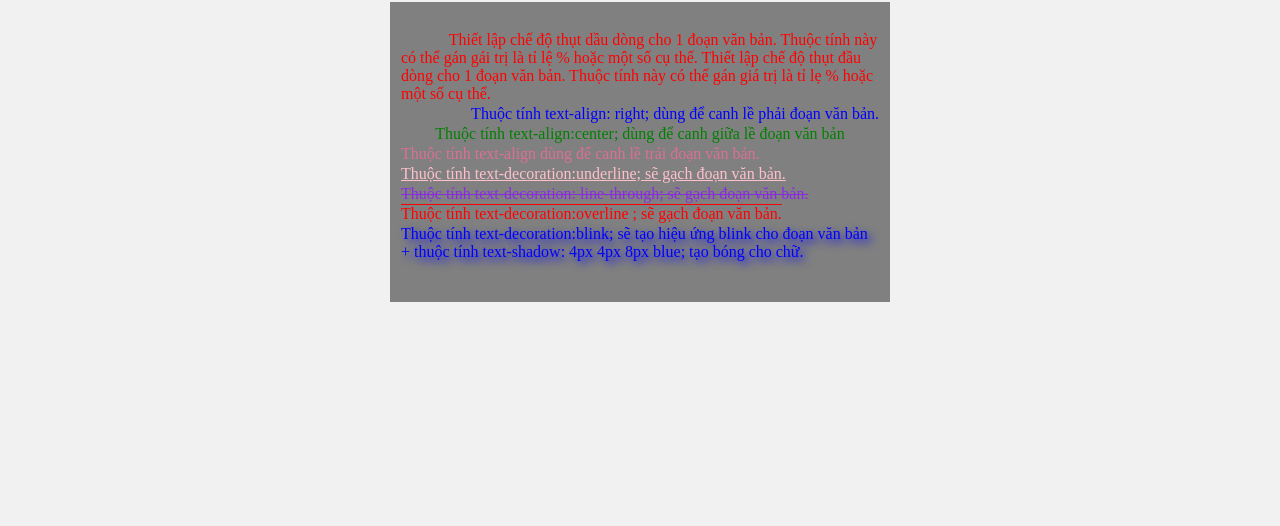
Repository: watermelonfee/HTCNWEB
Page: HTML/Tuan03/Bai2/Bai2a.html
An editor plug-in stored every save of this project. The page is shown before and after the next save, followed by the edit.
The browser window is 1280 px wide. The pictures show the whole page.

Above is the page before, as saved 2023-03-06 21:08:17.

### HTML/Tuan03/Bai2/Bai2a.html
<!DOCTYPE html>
<html>

<head>
    <meta charset="utf-8" />
    <title>Bai 2a - css</title>
    <link rel="stylesheet" type="text/css" href="bai2a.css" />
</head>

<body>
    <div id="content" class="container" style="width: 500px;height: 300px;background-color: gray;">
        <span>
            <p id="line1">
            Thiết lập chế độ thụt dầu dòng cho 1 đoạn văn bản. Thuộc tính này có
            thể gán gái trị là tỉ lệ % hoặc một số cụ thế. Thiết lập chế độ thụt
            đầu dòng cho 1 đoạn văn bản. Thuộc tính này có thế gán giá trị là tỉ
            lẹ % hoặc một số cụ thể.
            </p>
            <p id="line2">
            Thuộc tính text-align: right; dùng để canh lề phải đoạn văn bản.
            </p>
            <p id="line3">
            Thuộc tính text-align:center; dùng để canh giữa lề đoạn văn bản
            </p>
            <p id="line4">
            Thuộc tính text-align dùng để canh lề trái đoạn văn bản.
            </p>
            <p id="line5">
            Thuộc tính text-decoration:underline; sẽ gạch đoạn văn bản.
            </p>
            <p id="line6">
            Thuộc tính text-decoration: line-through; sẽ gạch đoạn văn bản.
            </p>
            <p id="line7">
            Thuộc tính text-decoration:overline ; sẽ gạch đoạn văn bản.
            </p>
            <p id="line8">
            Thuộc tính text-decoration:blink; sẽ tạo hiệu ứng blink cho đoạn văn
            bản + thuộc tính text-shadow: 4px 4px 8px blue; tạo bóng cho chữ.
            </p>
        </span>
    </div>
</body>

</html>

### HTML/Tuan03/Bai2/bai2a.css
* {
    margin: 0 auto;
    padding: 1px;
    box-sizing: border-box;
}

body {
    background-color: #f1f1f1;
}

div {
    width: 460px;
    height: auto;
    background-color: white;
    padding: 10px;
}

p#line1 {
    color: red;
    text-indent: 10%;
}

p#line2 {
    text-align: right;
    color: blue;
}

p#line3 {
    text-align: center;
    color: green;
}

p#line4 {
    color: palevioletred;
}

p#line5 {
    text-decoration: underline;
    color: pink;
}

p#line6 {
    text-decoration: line-through;
    color: blueviolet;
}

p#line7 {
    text-decoration: overline;
    color: red;
}

p#line8 {
    text-decoration: blink;
    text-shadow: 4px 4px 8px blue;
    color: blue;
}

After the next save:
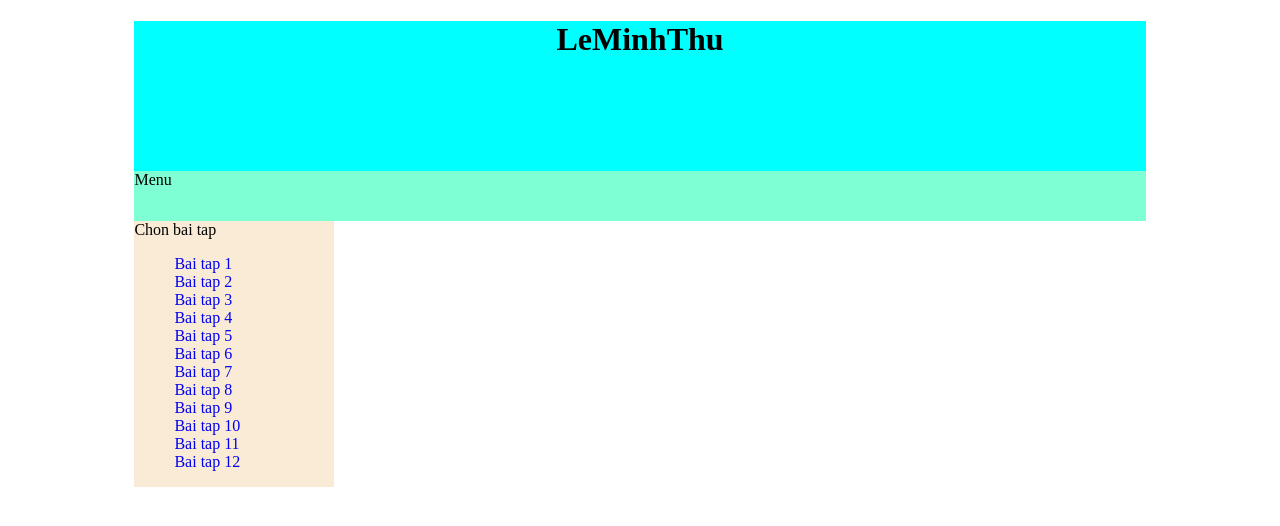
Saved 59 min 12 s later.
--- a/HTML/Tuan03/Bai2/Bai2a.html
+++ b/HTML/Tuan03/Bai2/Bai2a.html
@@ -1,45 +1,70 @@
 <!DOCTYPE html>
-<html>
+<html lang="en">
 
 <head>
-    <meta charset="utf-8" />
-    <title>Bai 2a - css</title>
-    <link rel="stylesheet" type="text/css" href="bai2a.css" />
+    <meta charset="UTF-8">
+    <meta http-equiv="X-UA-Compatible" content="IE=edge">
+    <meta name="viewport" content="width=device-width, initial-scale=1.0">
+    <title>Document</title>
+    <style>
+        header {
+            height: 150px;
+            background-color: aqua;
+        }
+
+        #wrapper {
+            width: 80%;
+            margin: auto;
+        }
+
+        aside {
+            width: 200px;
+            background-color: antiquewhite;
+            float: left;
+        }
+
+        nav {
+            height: 50px;
+            background-color: aquamarine;
+        }
+
+        a {
+            text-decoration: none;
+        }
+
+        .menu li {
+            list-style: none;
+        }
+
+        section {
+            width: auto;
+            float: left;
+        }
+    </style>
 </head>
 
 <body>
-    <div id="content" class="container" style="width: 500px;height: 300px;background-color: gray;">
-        <span>
-            <p id="line1">
-            Thiết lập chế độ thụt dầu dòng cho 1 đoạn văn bản. Thuộc tính này có
-            thể gán gái trị là tỉ lệ % hoặc một số cụ thế. Thiết lập chế độ thụt
-            đầu dòng cho 1 đoạn văn bản. Thuộc tính này có thế gán giá trị là tỉ
-            lẹ % hoặc một số cụ thể.
-            </p>
-            <p id="line2">
-            Thuộc tính text-align: right; dùng để canh lề phải đoạn văn bản.
-            </p>
-            <p id="line3">
-            Thuộc tính text-align:center; dùng để canh giữa lề đoạn văn bản
-            </p>
-            <p id="line4">
-            Thuộc tính text-align dùng để canh lề trái đoạn văn bản.
-            </p>
-            <p id="line5">
-            Thuộc tính text-decoration:underline; sẽ gạch đoạn văn bản.
-            </p>
-            <p id="line6">
-            Thuộc tính text-decoration: line-through; sẽ gạch đoạn văn bản.
-            </p>
-            <p id="line7">
-            Thuộc tính text-decoration:overline ; sẽ gạch đoạn văn bản.
-            </p>
-            <p id="line8">
-            Thuộc tính text-decoration:blink; sẽ tạo hiệu ứng blink cho đoạn văn
-            bản + thuộc tính text-shadow: 4px 4px 8px blue; tạo bóng cho chữ.
-            </p>
-        </span>
-    </div>
-</body>
-
-</html>
+    <div id="wrapper">
+        <header>
+            <h1 style="text-align: center;">LeMinhThu</h1>
+        </header>
+        <nav>Menu</nav>
+        <div id="content">
+            <aside>
+                Chon bai tap
+                <ul class="menu">
+                    <li><a href="Baitap1.html">Bai tap 1</a></li>
+                    <li><a href="Baitap2.html">Bai tap 2</a></li>
+                    <li><a href="Baitap3.html">Bai tap 3</a></li>
+                    <li><a href="Baitap4.html">Bai tap 4</a></li>
+                    <li><a href="Baitap5.html">Bai tap 5</a></li>
+                    <li><a href="Baitap6.html">Bai tap 6</a></li>
+                    <li><a href="Baitap7.html">Bai tap 7</a></li>
+                    <li><a href="Baitap8.html">Bai tap 8</a></li>
+                    <li><a href="Baitap9.html">Bai tap 9</a></li>
+                    <li><a href="Baitap10.html">Bai tap 10</a></li>
+                    <li><a href="Baitap11.html">Bai tap 11</a></li>
+                    <li><a href="Baitap12.html">Bai tap 12</a></li>
+                </ul>
+            </aside>
+            <section>
